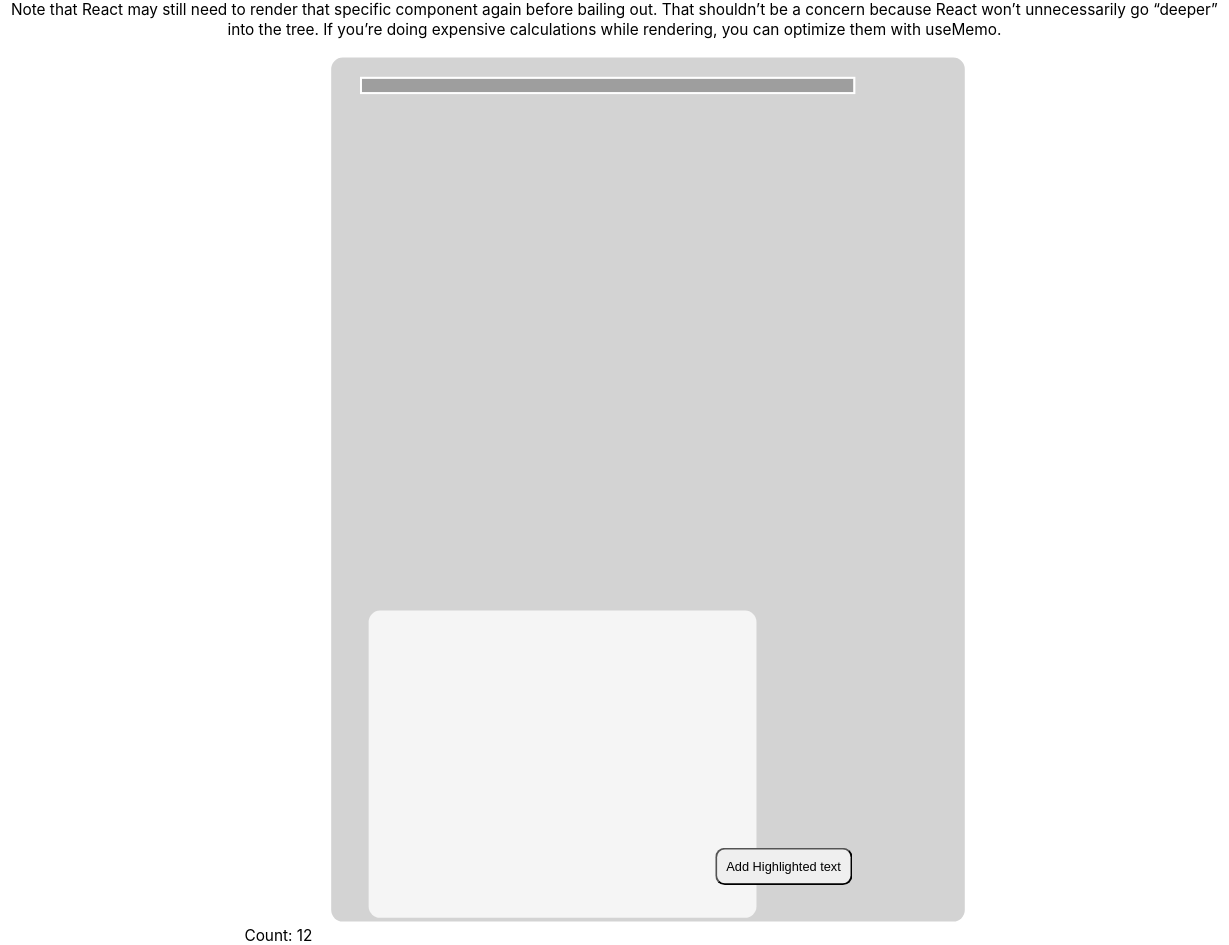
Repository: Farbod29/React-text-highlighter-with-hook-
Page: /
These files come from the project's save history. The page is drawn as it stood at one moment and after the next save; the edit follows.
The browser window is 1280 px wide. The pictures show the whole page, at 96% of full size.
Pictures or frames that could not be fetched are drawn as grey boxes. The project was rebuilt for these pictures with package versions that can differ from the ones it lists, and the page was loaded fresh each time.

Above is the page before, as saved 2022-02-18 22:53:59.

### src/App.js
import './App.css';
import Highlighter from './highlighter';
function App() {
  return (
    <div className="App">
      <Highlighter />
    </div>
  );
}

export default App;

### src/highlighter.js
import React, { useEffect, useState } from 'react';

export default function Highlighter() {
  let doit = () => {
    document.onmouseup = () => {
      console.log(window.getSelection().toString());
    };
  };
  const [count, setCount] = useState(12);
  return (
    <>
      <div>
        {' '}
        Note that React may still need to render that specific component again
        before bailing out. That shouldn’t be a concern because React won’t
        unnecessarily go “deeper” into the tree. If you’re doing expensive
        calculations while rendering, you can optimize them with useMemo.
      </div>
      Count: {count}
      {/* <button onClick={() => setCount((prevCount) => prevCount - 1)}>-</button> */}
      <div
        style={{
          padding: '0px 10px',
          height: '900px',
          width: '50vw',
          margin: '20px',
          borderRadius: '12px',
          backgroundColor: '#D3D3D3',
          inline: true,
          fontColor: 'red',
          display: 'inline-block',
          textAlign: 'center',
          position: 'relative',
        }}
      >
        <img
          style={{
            height: '2vh',
            width: '40vw',
            position: 'absolute',
            border: '2px solid',
            borderColor: '#ffff',
            left: 30,
            top: 20,
          }}
          src="https://pfrias.couragecompanion.eu/storage/m/_v2/213604778138275840/4f8b684e5-e9314a/vlyvkRQwb3ew/u8hVvH5l5IFvha9MQyXCzPOYLo2SXG3bqIpv6vBg.png"
        ></img>
        <div
          style={{
            // textBox
            padding: '0px 10px',
            backgroundColor: '#F5F5F5',
            height: '25vw',
            width: '30vw',
            left: '3vw',
            top: '45vw',
            borderRadius: '12px',
            position: 'absolute',
          }}
        />
        <div
          style={{
            position: 'absolute',
            bottom: '3vw',
            left: '24vw',
            right: '2vw',
          }}
        >
          <button
            style={{ padding: '10px', borderRadius: '10px' }}
            onClick={() => setCount(12)}
          >
            {' '}
            Add Highlighted text{' '}
          </button>
        </div>
      </div>
      {doit()}
    </>
  );
}

Loaded but not shown: public/index.html (common file); src/index.js (common file); src/index.css (common file); src/reportWebVitals.js (common file); src/App.css (common file)

After the next save:
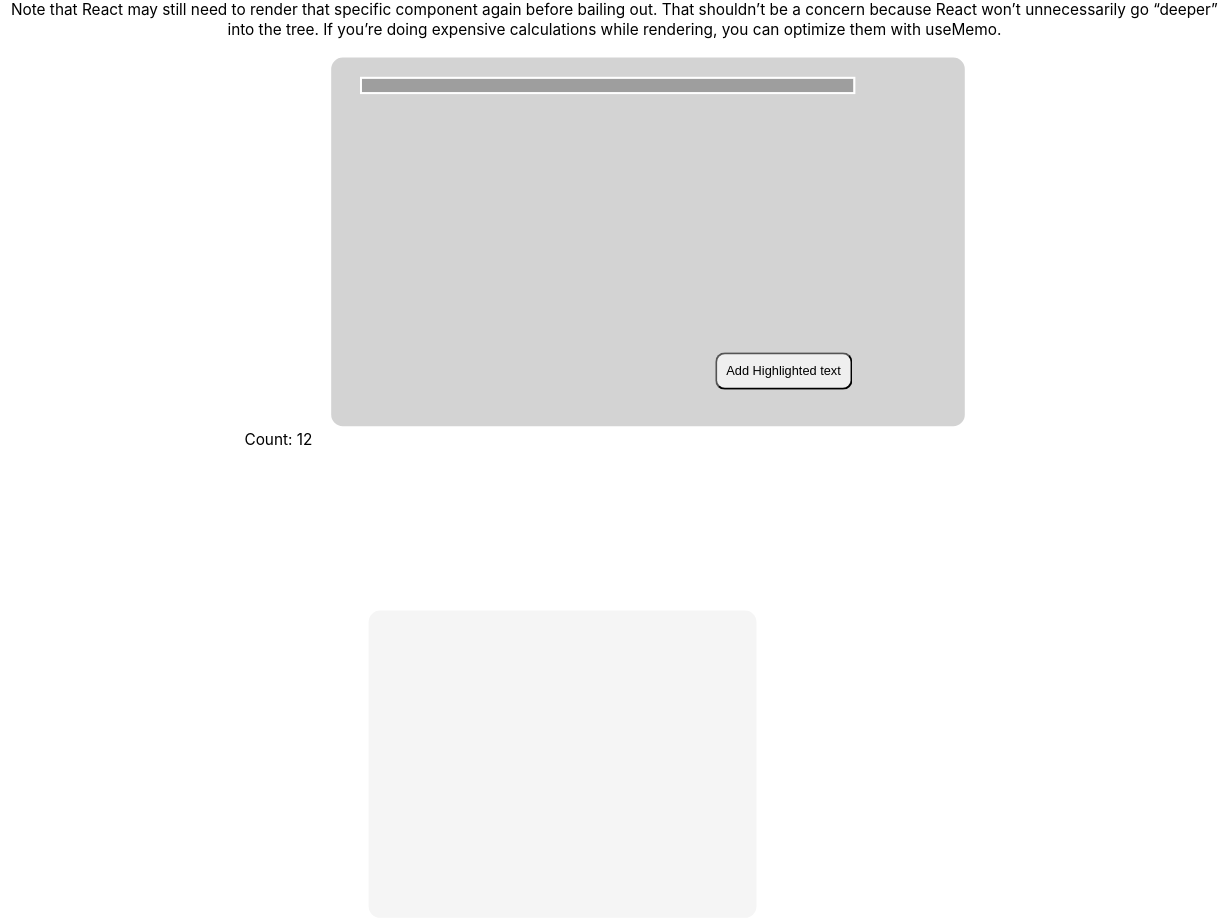
Saved 9 s later.
--- a/src/highlighter.js
+++ b/src/highlighter.js
@@ -21,7 +21,7 @@ export default function Highlighter() {
       <div
         style={{
           padding: '0px 10px',
-          height: '900px',
+          height: '30vw',
           width: '50vw',
           margin: '20px',
           borderRadius: '12px',
